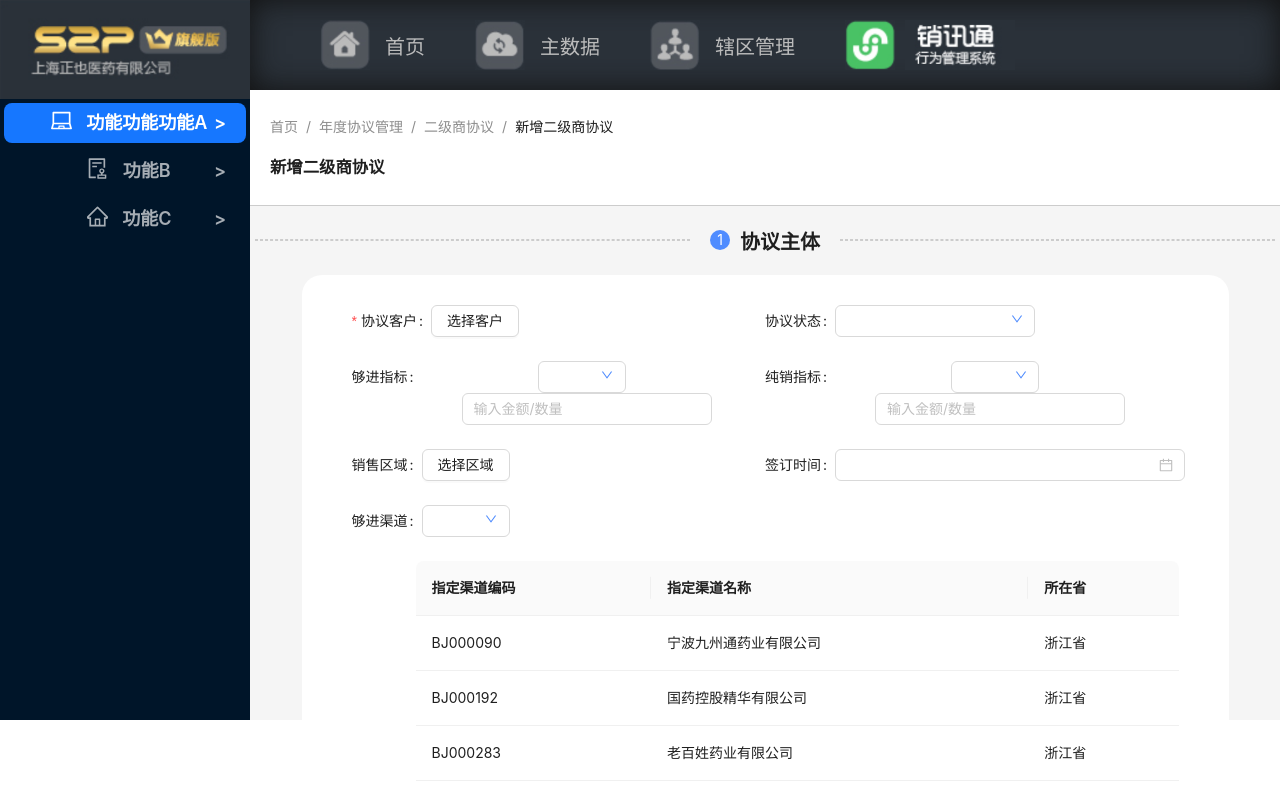
Repository: XiChips/questionB
Page: /
An editor plug-in stored every save of this project. The page is shown before and after the next save, followed by the edit.
The browser window is 1280 px wide. The pictures show the whole page.
The project was rebuilt for these pictures with package versions that can differ from the ones it lists, and the page was loaded fresh each time. Also part of the build but not shown: vue.config.js.

Above is the page before, as saved 2024-02-28 13:31:21.

### src/main.js
import { createApp } from 'vue'
import App from './App.vue'
import router from './router'
import store from './store'
import { setupAntd } from './ant-design-vue/index'
import { message } from "ant-design-vue";
import './assets/css/index.css'
// import axios from "axios";
// moment.locale('zh-cn')
const app = createApp(App)
setupAntd(app)
// app.use(Button).use(Layout)
app.use(store).use(router).mount('#app')



// app.config.globalProperties.$axios = axios
app.config.globalProperties.$message = message

### src/router/index.js
import { createRouter, createWebHashHistory } from 'vue-router'

const routes = [
  {
    path: '/',
    name: 'home',
    component: () => import('../views/home.vue')
  },
  {
    path: '/about',
    name: 'about',

    component: () => import('../views/AboutView.vue')
  }
]

const router = createRouter({
  history: createWebHashHistory(),
  routes
})

export default router

### src/ant-design-vue/index.js
import { Button, Layout, Image, Form, Checkbox,Radio, Input, Popover, Menu, Drawer, Breadcrumb, Typography, message, Divider, Table, DatePicker, Popconfirm, Space, InputNumber, Select, PageHeader, Steps, Statistic, Transfer, Upload, Switch, Modal, Tabs } from 'ant-design-vue';

// import 'ant-design-vue/dist/antd.min.css'

const components = [
    Button,
    Layout,
    Form,
    Input,
    Menu,
    Breadcrumb,
    Table,
    Popconfirm,
    Select,
    PageHeader,
    Steps,
    Transfer,
    Upload,
    Switch,
    Modal,
    Tabs,
    Statistic,
    InputNumber,
    Space,
    DatePicker,
    Divider,
    Image,
    Typography,
    Drawer,
    Popover,
    Radio,
    Checkbox
]

export function setupAntd(app) {
    components.forEach(component => {
        app.use(component)
    })
    app.config.globalProperties.$message = message
}

### src/assets/css/index.css
body {
    margin: 0;
}

.logo img {
    width: 100%;
}

:where(.css-dev-only-do-not-override-1hsjdkk).ant-menu-dark {
    background-color: rgb(42, 49, 57);
}

.ant-menu .anticon {
    margin-right: 10px;
    font-size   : 18px;
}


.ant-upload-select-picture-card i {
    font-size: 32px;
    color    : #999;
}

.ant-upload-select-picture-card .ant-upload-text {
    margin-top: 8px;
    color     : #666;
}

.ant-upload-list-picture-card .ant-upload-list-item:hover .ant-upload-list-item-info:before {
    left: 0;
}

.ant-page-header {
    background: #fff;
}

.ant-page-header.has-breadcrumb {
    padding: 5px 24px;
}

.ant-menu {
    font-size  : 18px;
    font-weight: 600;
}

.ant-tabs-tab span {
    color      : #000;
    font-weight: bold;
    display    : inline-block;
}


.ant-upload-list-picture-card .ant-upload-list-item-info:before {
    left: 0
}

hr {
    width       : 90%;
    margin      : 0 auto;
    border-color: #99999910;
}

.title {
    background-color: rgb(42, 49, 57);
    display         : flex;
    height          : fit-content;
    padding         : 20px 70px;
    color           : rgb(187, 187, 187);
    box-shadow      : inset 0px 0 30px #111;
}

.title>div {
    margin-right: 50px;
    font-size   : 20px;
}

.title img {
    width         : 50px;
    height        : 50px;
    margin-right  : 15px;
    vertical-align: middle;
}

.title span {
    display         : inline-block;
    vertical-align  : middle;
    /* margin-bottom: 5px; */
}

:where(.css-dev-only-do-not-override-1hsjdkk).ant-menu-inline.ant-menu-root .ant-menu-item>.ant-menu-title-content,
:where(.css-dev-only-do-not-override-1hsjdkk).ant-menu-inline.ant-menu-root .ant-menu-submenu-title>.ant-menu-title-content {
    flex: none;
}

.ant-menu .anticon svg {
    width : 1.5em;
    height: 1.5em;
}

.title2 {
    display        : flex;
    justify-content: space-between;
    align-items    : center;
}

.title2>div {
    width: 300px;
}

.title2 hr {
    height: 1px;
    border: 1px dashed #ccc;
    margin: 0 5px;
}

.title2 span {
    display         : inline-block;
    width           : 20px;
    height          : 20px;
    line-height     : 20px;
    background-color: rgb(79, 140, 255);
    color           : #fff;
    border-radius   : 50%;
    margin-right    : 10px;
    vertical-align  : middle;
}


.title2 p {
    display       : inline-block;
    font-size     : 20px;
    vertical-align: middle;
    font-weight   : bold;
}

.area {
    background-color: #fff;
    border-radius   : 20px;
    width           : 90%;
    margin          : 0 auto;
    padding         : 30px 50px;
}

.line2 {
    display        : flex;
    justify-content: space-between;
}

.line2>div {
    width: 50%;
}

.area .ant-form-item-control-input {
    width: 25vw;
}

.ant-form-item-control-input-content {
    flex: none !important;
}

:where(.css-dev-only-do-not-override-1hsjdkk).ant-form-item .ant-form-item-label {
    /* position: relative; */
    overflow: visible;
}

:where(.css-dev-only-do-not-override-1hsjdkk).ant-form-item .ant-form-item-label>label.ant-form-item-required:not(.ant-form-item-required-mark-optional)::before {
    position: absolute;
    left    : -12px;
    top     : 7px
}

:where(.css-dev-only-do-not-override-1hsjdkk).ant-select .ant-select-arrow .anticon>svg{
    vertical-align: middle;
}

### src/views/home.vue
<template>
  <a-layout>
    <a-layout>
      <a-layout-sider width="250">
        <a-menu theme="dark" v-model:selectedKeys="selectedKeys" v-model:openKeys="openKeys" mode="inline" :style="{ height: '100%', borderRight: 0 }">
          <div class="logo">
            <img src="../assets/images/logo.png" alt="">
          </div>
          <!-- <hr /> -->

          <div v-for="(item, i) in links" style="display: flex;justify-content: space-between;">
            <a-menu-item v-if="item.children == undefined" :key="`item${i}_0`" @click="changeTab(item.name)">
              <LaptopOutlined v-if="item.name == '功能功能功能A'" />
              <AuditOutlined v-if="item.name == '功能B'" />
              <HomeOutlined v-if="item.name == '功能C'" />
              {{ item.name }}
              <span style="position: absolute;right: 20px;">{{ ">" }}</span>
            </a-menu-item>

          </div>
        </a-menu>
      </a-layout-sider>
      <a-layout style="padding: 0px 0px 24px" theme="dark">
        <a-layout-content :style="{ background: 'rgb(245,245,245)', padding: '0px', margin: 0, minHeight: '280px', }">

          <div class="title">
            <div><img src="../assets/images/icon1.png" alt=""><span>首页</span></div>
            <div><img src="../assets/images/icon2.png" alt=""><span>主数据</span></div>
            <div><img src="../assets/images/icon3.png" alt=""><span>辖区管理</span></div>
            <div><img src="../assets/images/icon4.png" alt=""><img src="../assets/images/text.png" style="width: auto;margin-left: -5px;" alt=""></div>
          </div>
          <div style="padding: 10px 20px;background-color: rgb(255,255,255);border-bottom: 1px solid #ccc;">
            <a-breadcrumb :style="{ margin: '36px 20px' }">
              <a-breadcrumb-item>首页</a-breadcrumb-item>
              <a-breadcrumb-item>年度协议管理</a-breadcrumb-item>
              <a-breadcrumb-item>二级商协议</a-breadcrumb-item>
              <a-breadcrumb-item>新增二级商协议</a-breadcrumb-item>
            </a-breadcrumb>
            <h3 style="text-align: left;">
              新增二级商协议
            </h3>
          </div>
          <div class="content">
            <div class="title2">
              <hr>
              <div>
                <span>1</span>
                <p>协议主体</p>
              </div>
              <hr>
            </div>
            <div class="area">
              <a-form :model="formState" autocomplete="off" @finish="onFinish" @finishFailed="onFinishFailed">
                <div class="line2">

                  <a-form-item label="协议客户" :rules="[{ required: true}]">
                    <a-button v-if="visible" @click="selectCustom">选择客户</a-button>
                    <a-select defaultOpen v-if="!visible" v-model:value="inputs.value1c" show-search placeholder="" style="width: 200px" :options="options" :filter-option="filterOption" @focus="handleFocus" @blur="handleBlur" @change="changeCustom"></a-select>
                    <span style="margin-left: 20px;">{{ inputs.value1 }}</span>
                  </a-form-item>
                  <a-form-item label="协议状态">
                    <a-select v-model:value="inputs.value2" placeholder="" style="width: 200px" :options="options2" :filter-option="filterOption" @focus="handleFocus" @blur="handleBlur" @change="handleChange">
                      <template #suffixIcon>
                        <down-outlined style="width: 15px;height: 15px;color: rgb(78,139,254);" />
                      </template>
                    </a-select>
                  </a-form-item>
                </div>
                <div class="line2">
                  <a-form-item label="够进指标">
                    <a-select v-model:value="inputs.value3" placeholder="" style="width: 88px" :options="options3" :filter-option="filterOption" @focus="handleFocus" @blur="handleBlur" @change="handleChange">
                      <template #suffixIcon>
                        <down-outlined style="width: 15px;height: 15px;color: rgb(78,139,254);" />
                      </template>
                    </a-select>
                    <a-input v-model:value="inputs.value3" placeholder="输入金额/数量" style="width: 250px;margin-left: 10px;"></a-input>
                  </a-form-item>
                  <a-form-item label="纯销指标">
                    <a-select v-model:value="inputs.value3" placeholder="" style="width: 88px" :options="options3" :filter-option="filterOption" @focus="handleFocus" @blur="handleBlur" @change="handleChange">
                      <template #suffixIcon>
                        <down-outlined style="width: 15px;height: 15px;color: rgb(78,139,254);" />
                      </template>
                    </a-select>
                    <a-input v-model:value="inputs.value3" placeholder="输入金额/数量" style="width: 250px;margin-left: 10px;"></a-input>
                  </a-form-item>
                </div>
                <div class="line2">
                  <a-form-item label="销售区域">
                    <a-button v-if="visible2" @click="selectArea">选择区域</a-button>
                    <a-select v-if="!visible2" v-model:value="inputs.value7c" placeholder="" style="width: 88px" :options="options4" :filter-option="filterOption" @focus="handleFocus" @blur="handleBlur" @change="changeArea">
                      <template #suffixIcon>
                        <down-outlined style="width: 15px;height: 15px;color: rgb(78,139,254);" />
                      </template>
                    </a-select>
                    <a-button type="primary" v-if="inputs.value7.length" v-for="(item,id) in inputs.value7" style="margin-left: 10px;"><span @click="deleteItem(id)">{{ item }}
                        <close-outlined /></span></a-button>
                  </a-form-item>
                  <a-form-item label="签订时间">
                    <a-date-picker placeholder="" show-time v-model:value="value1" style="width:350px" />
                  </a-form-item>
                </div>
              </a-form>
              <div class="line2">
                <a-form-item label="够进渠道">
                  <a-select v-model:value="inputs.value3" placeholder="" style="width: 88px" :options="options5" :filter-option="filterOption" @focus="handleFocus" @blur="handleBlur" @change="handleChange">
                    <template #suffixIcon>
                      <down-outlined style="width: 15px;height: 15px;color: rgb(78,139,254);" />
                    </template>
                  </a-select>
                </a-form-item>
              </div>

              <div style="padding-left: 5vw;">
                <a-table :dataSource="data" :columns="columns" :pagination="false" />
              </div>

            </div>
          </div>
          <!-- <router-view v-else></router-view> -->
        </a-layout-content>
      </a-layout>

    </a-layout>
  </a-layout>
</template>
<script>
import {
  UserOutlined,
  LaptopOutlined,
  NotificationOutlined,
  HomeOutlined,
  TeamOutlined,
  DesktopOutlined,
  BarChartOutlined,
  ContactsOutlined,
  AuditOutlined,
  ScheduleOutlined,
  ToolOutlined,
  FundProjectionScreenOutlined,
  UserSwitchOutlined,
  TransactionOutlined,
  DownOutlined,
  CloseOutlined
} from "@ant-design/icons-vue";
import { defineComponent, ref } from "vue";

export default defineComponent({
  components: {
    UserOutlined,
    LaptopOutlined,
    NotificationOutlined,
    HomeOutlined,
    TeamOutlined,
    DesktopOutlined,
    BarChartOutlined,
    ContactsOutlined,
    AuditOutlined,
    ScheduleOutlined,
    ToolOutlined,
    FundProjectionScreenOutlined,
    UserSwitchOutlined,
    TransactionOutlined,
    DownOutlined,
    CloseOutlined
  },
  name: "home",
  data() {
    return {
      activeKey: 0,
      formState: {
        username: "",
        password: "",
      },
      inputs: {
        value1: "",
        value1c: "",
        value2: "",
        value3: "",
        value4: "",
        value7c: "",
        value7: [],
      },
      visible: true,
      visible2: true,
      links: [
        {
          name: "功能功能功能A",
        },
        {
          name: "功能B",
        },
        {
          name: "功能C",
        },
      ],
      options: [{ value: "上海正也医药有限公司", id: "上海正也医药有限公司" }],
      options2: [{ value: "正常", id: "正常" }, { value: "异常", id: "异常" }],
      options3: [{ value: "金额", id: "金额" }, { value: "金额", id: "金额" }],
      options4: [{ value: "全国", id: "全国" }, { value: "上海", id: "上海" }],
      options5: [{ value: "指定渠道", id: "指定渠道" }],
      pages: [{ name: "首页", link: "/" }],
      data: [{
        col1: "BJ000090",
        col2: "宁波九州通药业有限公司",
        col3: "浙江省",
      },
      {
        col1: "BJ000192",
        col2: "国药控股精华有限公司",
        col3: "浙江省",
      },
      {
        col1: "BJ000283",
        col2: "老百姓药业有限公司",
        col3: "浙江省",
      }],
      columns: [
        {
          title: '指定渠道编码',
          dataIndex: 'col1',
          key: 'col1',
        },
        {
          title: '指定渠道名称',
          dataIndex: 'col2',
          key: 'col2',
        },
        {
          title: '所在省',
          dataIndex: 'col3',
          key: 'col3',
        }
      ],
      routes: [],
    };
  },
  setup() {
    return {
      selectedKeys: ref(["item0_0"]),
      collapsed: ref(false),
      openKeys: ref(["title1"]),
      basePath: "/index",
    };
  },
  methods: {
    changeTab() {

    },
    selectCustom() {
      this.visible = false
      this.inputs.value1c = ""
    },
    changeCustom() {
      this.visible = true
      this.inputs.value1 = this.inputs.value1c
    },
    selectArea() {
      this.visible2 = false
      this.inputs.value7c = ""
    },
    changeArea() {
      this.inputs.value7.push(this.inputs.value7c)
      this.inputs.value7 = Array.from(new Set(this.inputs.value7))
      this.inputs.value7c = ""
    },
    deleteItem(id) {
      this.inputs.value7.splice(id, 1)
    }
  },
  created() { },
  beforeMounte() { },
  mounted() {

  },
  watch: {
    $route(to, from) {
      // console.log(from.path);//从哪来
      // console.log(to.path);//到哪去
    },
  },
});
</script>
<style>
.ant-layout {
  height: 100vh;
}
.ant-breadcrumb {
  margin: 16px 0 !important;
}
</style>

Loaded but not shown: public/index.html (common file); src/App.vue (common file); src/store/index.js (common file)

After the next save:
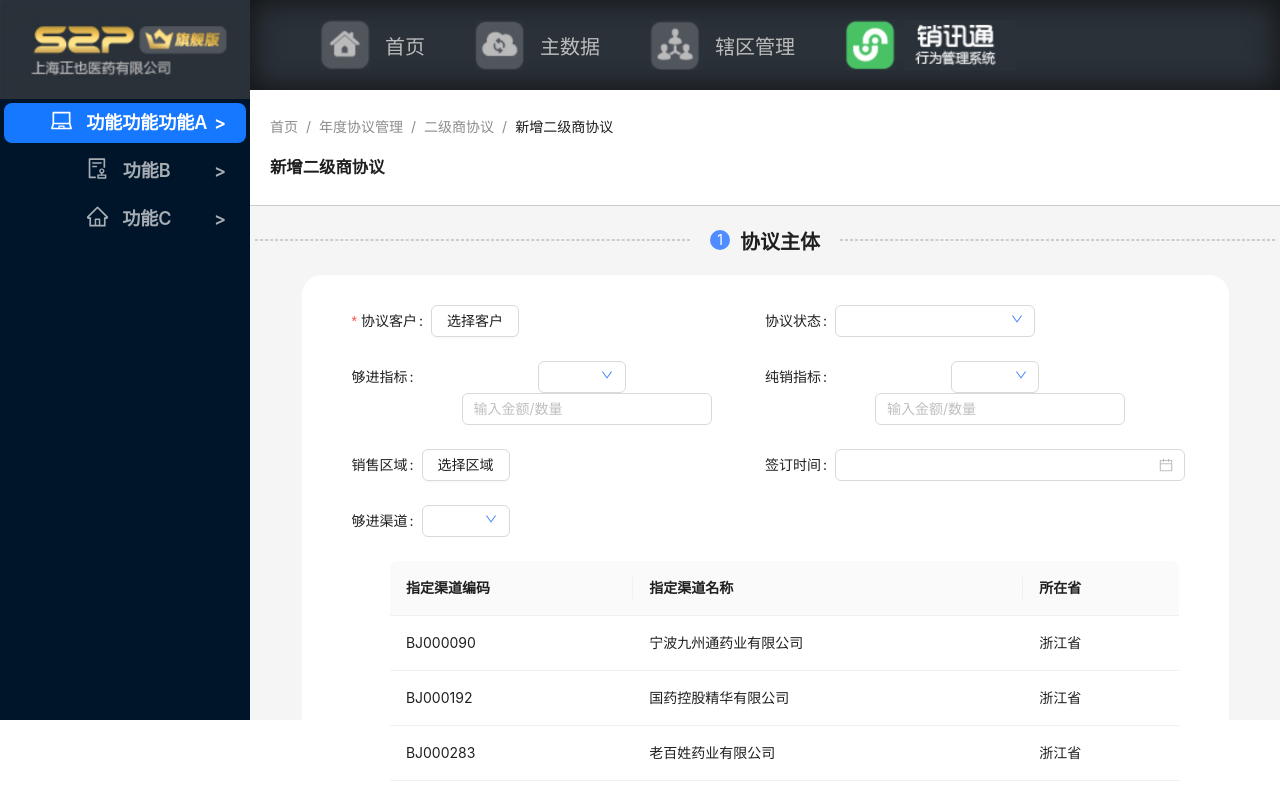
Saved 7 s later.
--- a/src/views/home.vue
+++ b/src/views/home.vue
@@ -110,7 +110,7 @@
                 </a-form-item>
               </div>
 
-              <div style="padding-left: 5vw;">
+              <div style="padding-left: 3vw;">
                 <a-table :dataSource="data" :columns="columns" :pagination="false" />
               </div>
 
